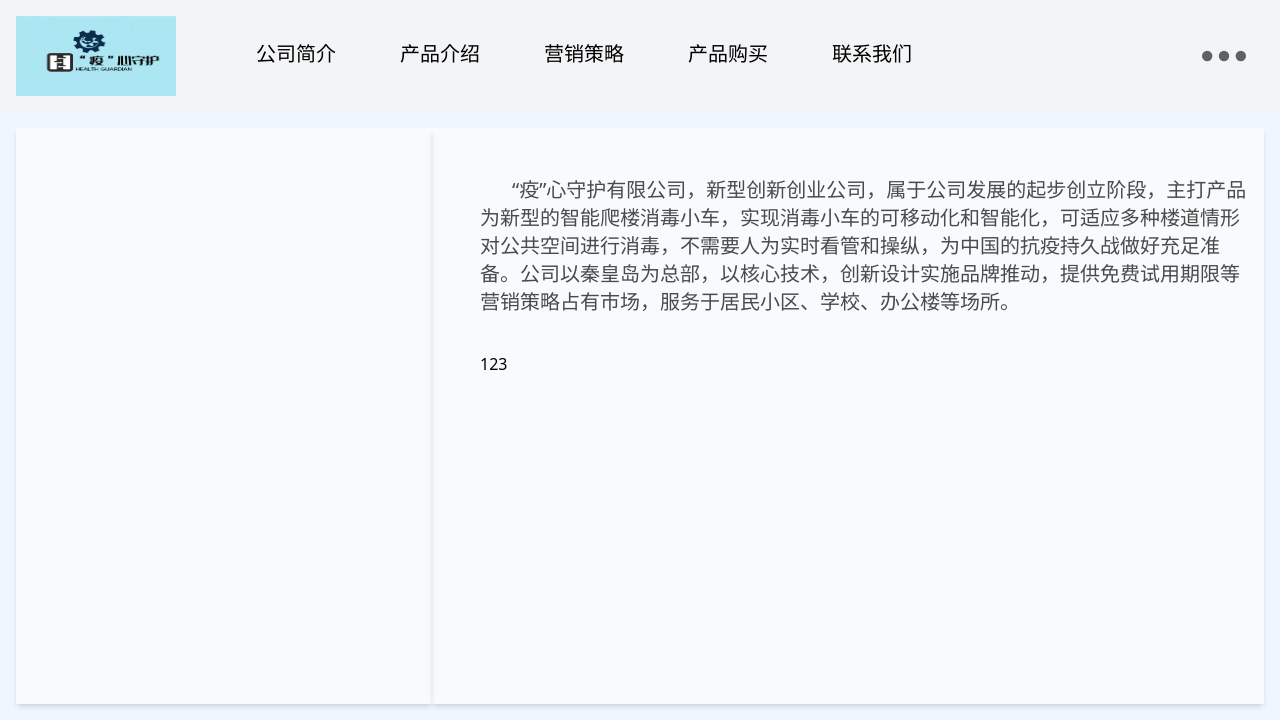
Repository: LiuRuohui/company_introduction
Page: /#/introduction
The author's editor kept a copy of each file at every save. The page is drawn from the files as they stood at one save, then again after the next save.
The browser window is 1280 px wide. The pictures show the whole page.
The project was rebuilt for these pictures with package versions that can differ from the ones it lists, and the page was loaded fresh each time. Also part of the build but not shown: vite.config.js, src/components/product.vue, src/components/purchase.vue, src/components/strategy.vue, src/components/contact.vue.

Above is the page before, as saved 2022-05-11 23:14:43.

### index.html
<!DOCTYPE html>
<html lang="en">
  <head>
    <meta charset="UTF-8" />
    <link rel="icon" href="/favicon.ico" />
    <meta name="viewport" content="width=device-width, initial-scale=1.0" />
    <title>COMPANY_INTRODUCTION</title>
  </head>
  <body>
    <div id="app"></div>
    <script type="module" src="/src/main.js"></script>
  </body>
</html>

### src/main.js
import { createApp } from 'vue'
import "./index.css";
//引入路由器
import router from '../src/router/route.js'

import App from './App.vue'

const app = createApp(App);
app.use(router);
app.mount('#app');

### src/index.css
/* ./src/index.css */

@tailwind base;
@tailwind components;
.inputFrame {
  @apply w-full content-center text-base px-4 py-2 border-b rounded-2xl border-gray-300;
}

.inputFrame:focus {
  @apply outline-none border-indigo-500;
}

.btn {
  @apply w-full flex justify-center bg-gradient-to-r from-indigo-500 to-blue-600 text-gray-100 p-4 rounded-full tracking-wide font-semibold shadow-lg cursor-pointer transition ease-in duration-500;
}

.btn:hover {
  @apply bg-gradient-to-l from-blue-500 to-indigo-600;
}

.label {
  @apply ml-3 text-sm font-bold text-gray-700 tracking-wide;
}

@tailwind utilities;

### src/router/route.js
import { createRouter, createWebHashHistory } from "vue-router";
//引入组件
import Introduction from "../components/introduction.vue"
import Product from "../components/product.vue"
import Purchase from "../components/purchase.vue"
import Strategy from "../components/strategy.vue"
import Contact from "../components/contact.vue"

const route = [
    {
        path:'/introduction',
        component:Introduction
    },
    {
        path:'/product',
        component:Product
    },
    {
        path:'/strategy',
        component:Strategy
    },
    {
        path:'/purchase',
        component:Purchase
    },
    {
        path:'/contact',
        component:Contact
    },
]

// 创建路由对象
const router = createRouter({
    history: createWebHashHistory(),
    routes: route
  });


export default router

### src/App.vue
<script setup>
import MainPage from './components/mainPage.vue';
// This starter template is using Vue 3 <script setup> SFCs
// Check out https://vuejs.org/api/sfc-script-setup.html#script-setup

</script>

<template>
<MainPage></MainPage>
</template>

<style>

</style>

### src/components/introduction.vue
<script setup>
const intro = "“疫”心守护有限公司，新型创新创业公司，属于公司发展的起步创立阶段，主打产品为新型的智能爬楼消毒小车，实现消毒小车的可移动化和智能化，可适应多种楼道情形对公共空间进行消毒，不需要人为实时看管和操纵，为中国的抗疫持久战做好充足准备。公司以秦皇岛为总部，以核心技术，创新设计实施品牌推动，提供免费试用期限等营销策略占有市场，服务于居民小区、学校、办公楼等场所。"
</script>

<template>
    <div class="w-full m-4 flex flex-row bg-slate-50">
        <div class="flex h-full w-1/3 shadow-md">
            <div class="m-4 w-full"></div>
        </div>
        <div class="flex flex-grow flex-col shadow-md w-2/3">
            <div class="m-4 w-full h-1/4 text-ellipsis">
                <div class="m-8 indent-8 opacity-70 hover:opacity-100 font-sans text-left break-normal text-xl font-medium">{{intro}}</div>
            </div>
            <div class="m-4 w-full flex flex-grow">
                <div class="m-8">123</div>
            </div>
        </div>
    </div>
</template>

### src/components/mainPage.vue
<script setup></script>

<template>
    <div class="max-h-full min-h-screen w-full flex flex-col bg-white">
        <div class="w-full h-28 flex flex-row bg-gray-100">
            <div class="h-full">
                <img
                    src="/src/assets/logo.png"
                    alt="公司图标"
                    class="h-20 m-4 w-40"
                />
            </div>
            <div class="flex font-sans text-xl ml-8">
                <router-link
                    active-class="active"
                    to="/introduction"
                    class="px-8 pt-10 hover:cursor-pointer hover:bg-blue-300"
                    >公司简介</router-link
                >
                <router-link
                    active-class="active"
                    to="/product"
                    class="px-8 pt-10 hover:cursor-pointer hover:bg-blue-300"
                    >产品介绍</router-link
                >
                <router-link
                    active-class="active"
                    to="/strategy"
                    class="px-8 pt-10 hover:cursor-pointer hover:bg-blue-300"
                    >营销策略</router-link
                >
                <router-link
                    active-class="active"
                    to="/purchase"
                    class="px-8 pt-10 hover:cursor-pointer hover:bg-blue-300"
                    >产品购买</router-link
                >
                <router-link
                    active-class="active"
                    to="/contact"
                    class="px-8 pt-10 hover:cursor-pointer hover:bg-blue-300"
                    >联系我们</router-link
                >
            </div>
            <div class="flex flex-grow flex-row-reverse">
                <img
                    src="/src/assets/more.svg"
                    alt="更多"
                    class="w-16 h-16 opacity-60 mt-6 mr-6 hover:cursor-pointer"
                />
            </div>
        </div>
        <div class="w-full flex flex-grow bg-blue-50">
            <router-view></router-view>
        </div>
    </div>
</template>

<style></style>

### tailwind.config.js
module.exports = {
  content: [
      "./index.html",
      "./src/**/*.{vue,js,ts,jsx,tsx}",
  ],
  theme: {
      extend: {},
  },
  plugins: [],
}

After the next save:
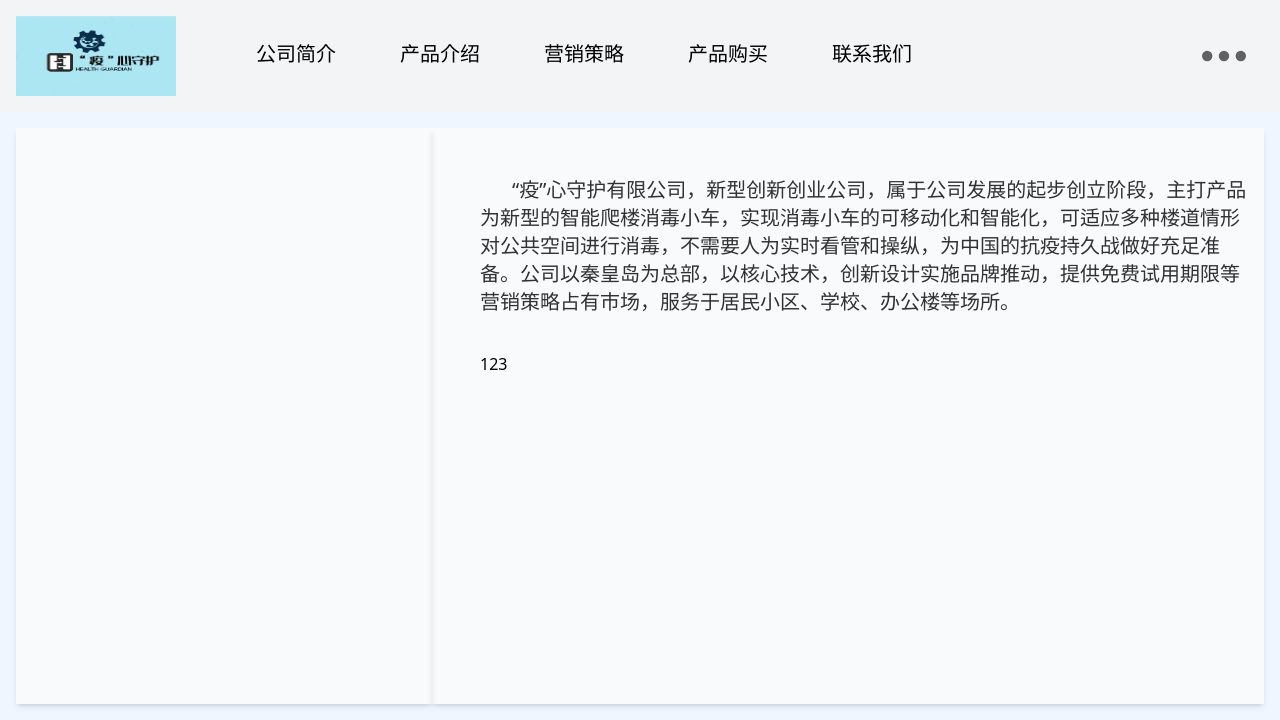
Saved 16 s later.
--- a/src/components/introduction.vue
+++ b/src/components/introduction.vue
@@ -9,7 +9,7 @@
         </div>
         <div class="flex flex-grow flex-col shadow-md w-2/3">
             <div class="m-4 w-full h-1/4 text-ellipsis">
-                <div class="m-8 indent-8 opacity-70 hover:opacity-100 font-sans text-left break-normal text-xl font-medium">{{intro}}</div>
+                <div class="m-8 indent-8 opacity-80 hover:opacity-100 hover:cursor-pointer font-sans text-left break-normal text-xl font-medium">{{intro}}</div>
             </div>
             <div class="m-4 w-full flex flex-grow">
                 <div class="m-8">123</div>
